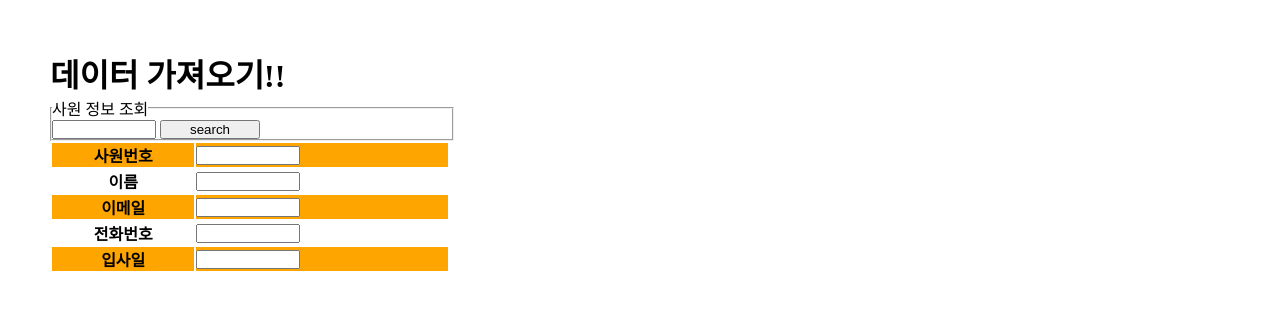
Repository: lafayetteey/WorkSpace_JQ_Ajax
Page: workspace_jq_Ajax/UI_JQ_Ajax/WebContent/jq21_ajax.html
The author's editor kept a copy of each file at every save. The page is drawn from the files as they stood at one save, then again after the next save.
The browser window is 1280 px wide. The pictures show the whole page.

Above is the page before, as saved 2020-06-22 04:53:58.

After the next save:
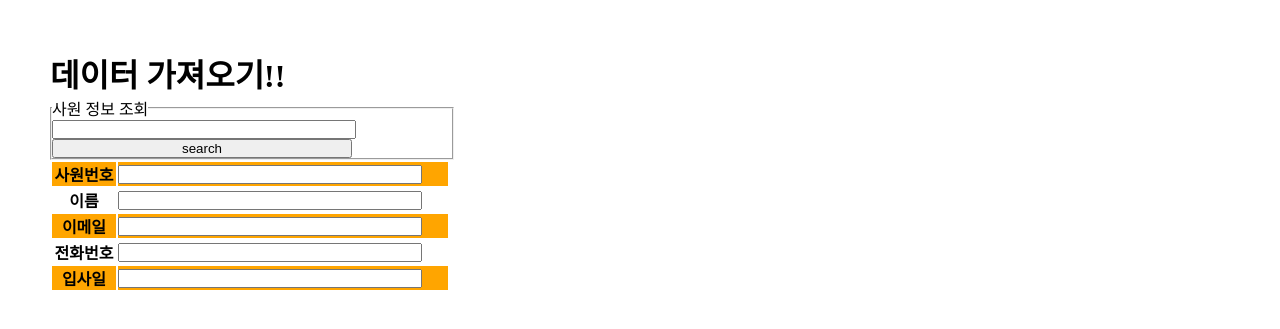
Saved 6 s later.
--- a/workspace_jq_Ajax/UI_JQ_Ajax/WebContent/jq21_ajax.html
+++ b/workspace_jq_Ajax/UI_JQ_Ajax/WebContent/jq21_ajax.html
@@ -22,7 +22,7 @@
       margin : 50px;
    }
  	input{
-   	width:100px
+   	width:300px
    }
 </style>
 	<script type="text/javascript" src="https://code.jquery.com/jquery-3.5.1.min.js"></script>
